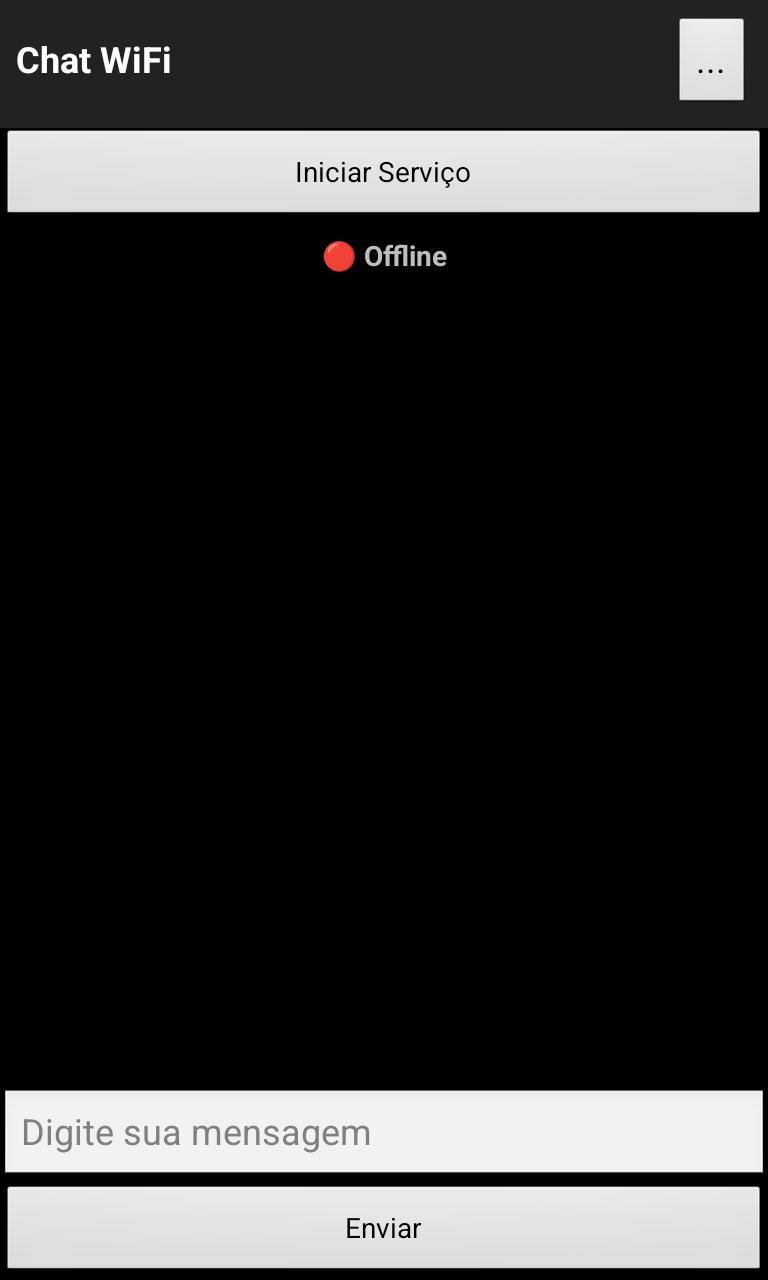
Repository: JoelmirMoura/AppMensagem
Layout: Mensagem/res/layout/main.xml
An editor plug-in stored every save of this project. The layout is shown before and after the next save, followed by the edit.
It is drawn on a 768 x 1280 px phone screen (xhdpi) without system bars, with theme android:Theme; the app's code is not run.

Above is the layout before, as saved 2026-04-27 14:07:00.

After the next save:
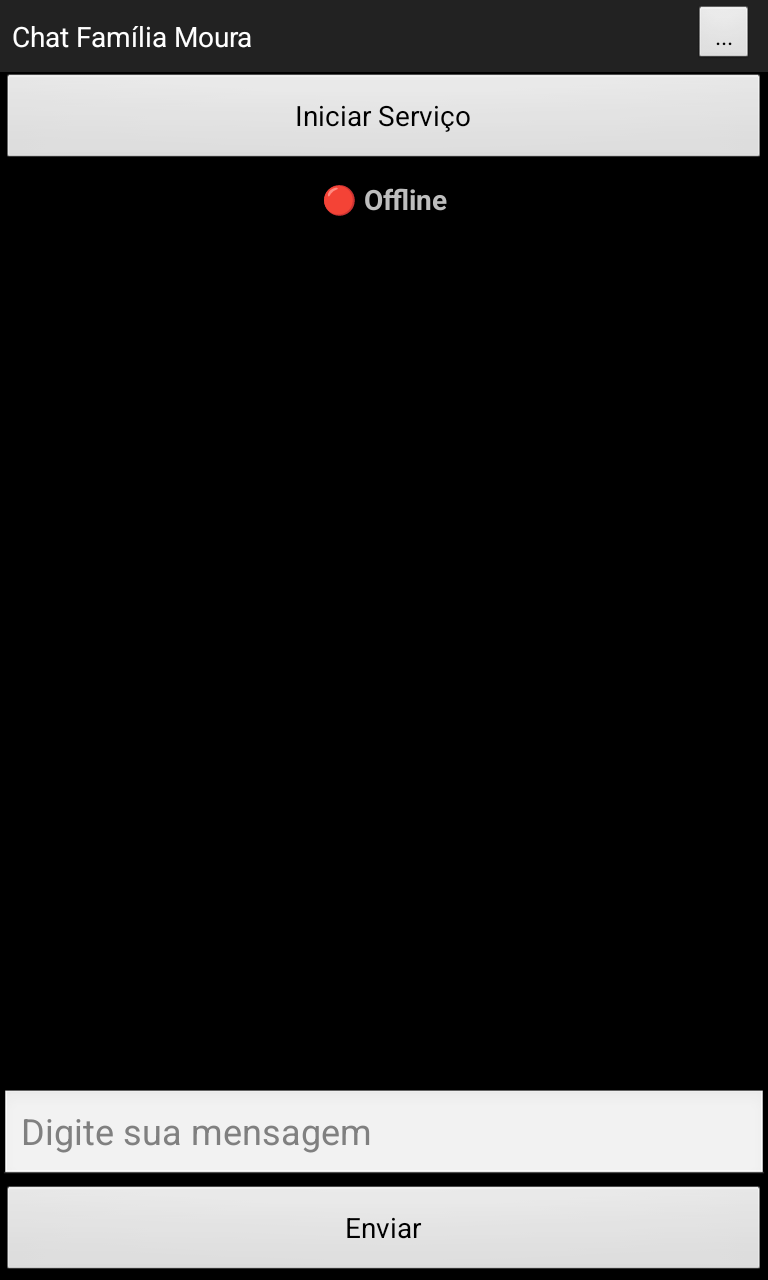
Saved 71 min 16 s later.
--- a/Mensagem/res/layout/main.xml
+++ b/Mensagem/res/layout/main.xml
@@ -4,30 +4,34 @@
     android:layout_height="fill_parent">
 
     <!-- 🔥 BARRA SUPERIOR -->
-    <LinearLayout
-        android:layout_width="fill_parent"
+  <LinearLayout
+    android:layout_width="fill_parent"
+    android:layout_height="36dp"
+    android:background="#222222"
+    android:orientation="horizontal"
+    android:paddingLeft="6dp"
+    android:paddingRight="6dp"
+    android:gravity="center_vertical">
+
+    <TextView
+        android:id="@+id/txtTitulo"
+        android:layout_width="0dp"
+        android:layout_weight="1"
         android:layout_height="wrap_content"
-        android:background="#222222"
-        android:padding="8dp"
-        android:orientation="horizontal">
+        android:text="Chat Família Moura"
+        android:textColor="#FFFFFF"
+        android:textSize="14sp"
+        android:singleLine="true" />
 
-        <TextView
-            android:id="@+id/txtTitulo"
-            android:layout_width="0dp"
-            android:layout_weight="1"
-            android:layout_height="wrap_content"
-            android:text="Chat WiFi"
-            android:textColor="#FFFFFF"
-            android:textSize="18sp"
-            android:textStyle="bold"/>
+    <Button
+        android:id="@+id/btnConfig"
+        android:layout_width="32dp"
+        android:layout_height="32dp"
+        android:text="..."
+        android:textSize="12sp"
+        android:padding="0dp" />
 
-       <Button
-    		android:id="@+id/btnConfig"
-    		android:layout_width="40dp"
-    		android:layout_height="wrap_content"
-    		android:text="..."
-    		android:textSize="18sp"/>
-    </LinearLayout>
+</LinearLayout>
 
     <!-- BOTÃO SERVIDOR -->
     <Button
